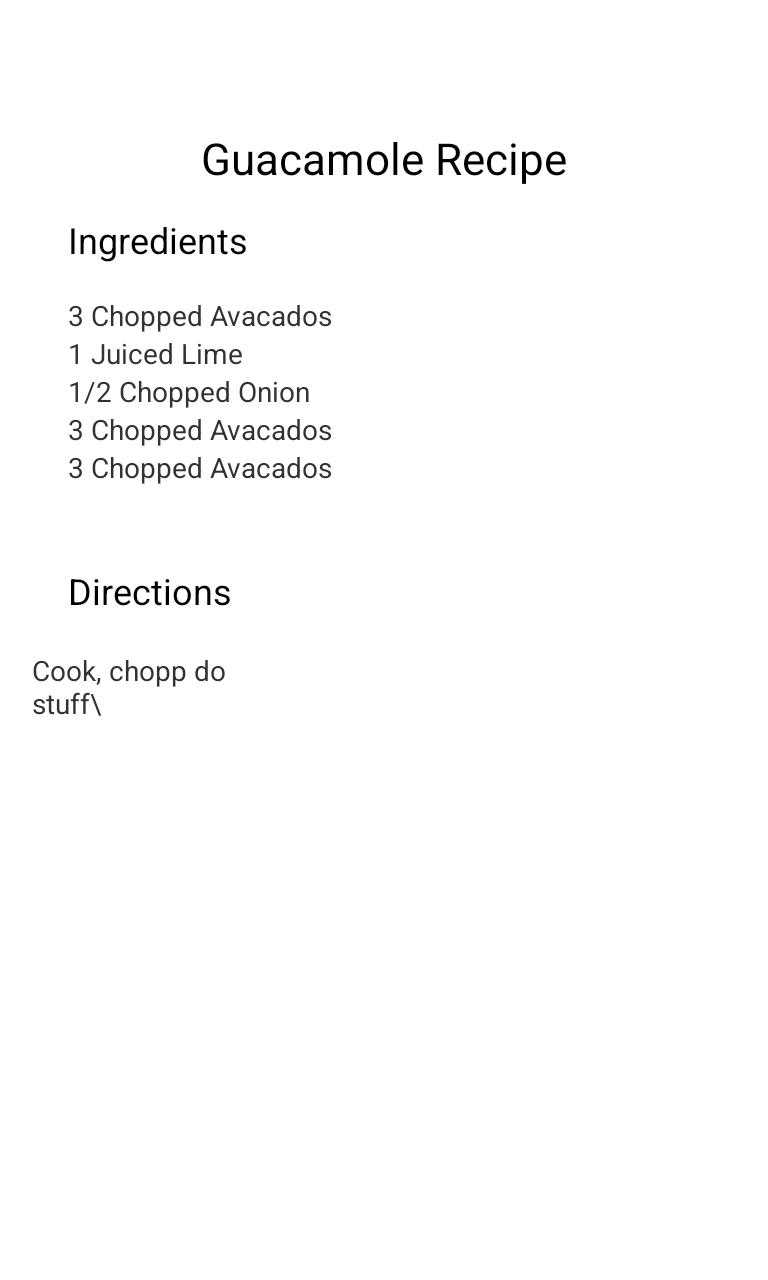
Repository: Gafficus/Delta-Winter-2015
Layout: CST-185-Android_App/HealthyRecipes/res/layout/recipe.xml
These files come from the project's save history. The layout is drawn as it stood at one moment and after the next save; the edit follows.
It is drawn on a 768 x 1280 px phone screen (xhdpi) without system bars, with theme AppTheme; the app's code is not run.

Above is the layout before, as saved 2015-01-22 16:28:36.

### CST-185-Android_App/HealthyRecipes/res/layout/recipe.xml
<RelativeLayout xmlns:android="http://schemas.android.com/apk/res/android"
    xmlns:tools="http://schemas.android.com/tools"
    android:layout_width="match_parent"
    android:layout_height="match_parent"
    android:paddingBottom="@dimen/activity_vertical_margin"
    android:paddingLeft="@dimen/activity_horizontal_margin"
    android:paddingRight="@dimen/activity_horizontal_margin"
    android:paddingTop="@dimen/activity_vertical_margin"
    tools:context="com.example.healthyrecipes.r" >

    <TextView
        android:id="@+id/textView1"
        android:layout_width="wrap_content"
        android:layout_height="wrap_content"
        android:layout_alignParentTop="true"
        android:layout_centerHorizontal="true"
        android:layout_marginTop="48dp"
        android:text="Guacamole Recipe"
        android:textAppearance="?android:attr/textAppearanceLarge" />

    <TextView
        android:id="@+id/textView2"
        android:layout_width="wrap_content"
        android:layout_height="wrap_content"
        android:layout_alignParentLeft="true"
        android:layout_below="@+id/textView1"
        android:layout_marginLeft="18dp"
        android:layout_marginTop="14dp"
        android:text="Ingredients"
        android:textAppearance="?android:attr/textAppearanceMedium" />

    <TextView
        android:id="@+id/textView3"
        android:layout_width="wrap_content"
        android:layout_height="wrap_content"
        android:layout_alignLeft="@+id/textView2"
        android:layout_below="@+id/textView2"
        android:layout_marginTop="16dp"
        android:text="3 Chopped Avacados"
        android:textAppearance="?android:attr/textAppearanceSmall" />

    <TextView
        android:id="@+id/TextView01"
        android:layout_width="wrap_content"
        android:layout_height="wrap_content"
        android:layout_alignLeft="@+id/textView3"
        android:layout_below="@+id/textView3"
        android:text="1 Juiced Lime"
        android:textAppearance="?android:attr/textAppearanceSmall" />

    <TextView
        android:id="@+id/TextView02"
        android:layout_width="wrap_content"
        android:layout_height="wrap_content"
        android:layout_alignLeft="@+id/TextView01"
        android:layout_below="@+id/TextView01"
        android:text="1/2 Chopped Onion"
        android:textAppearance="?android:attr/textAppearanceSmall" />

    <TextView
        android:id="@+id/TextView03"
        android:layout_width="wrap_content"
        android:layout_height="wrap_content"
        android:layout_alignLeft="@+id/TextView02"
        android:layout_below="@+id/TextView02"
        android:text="3 Chopped Avacados"
        android:textAppearance="?android:attr/textAppearanceSmall" />

    <TextView
        android:id="@+id/TextView05"
        android:layout_width="wrap_content"
        android:layout_height="wrap_content"
        android:layout_alignLeft="@+id/TextView04"
        android:layout_below="@+id/TextView04"
        android:layout_marginTop="40dp"
        android:text="Directions"
        android:textAppearance="?android:attr/textAppearanceMedium" />

    <TextView
        android:id="@+id/TextView04"
        android:layout_width="wrap_content"
        android:layout_height="wrap_content"
        android:layout_alignLeft="@+id/TextView03"
        android:layout_below="@+id/TextView03"
        android:text="3 Chopped Avacados"
        android:textAppearance="?android:attr/textAppearanceSmall" />

    <TextView
        android:id="@+id/textView4"
        android:layout_width="wrap_content"
        android:layout_height="wrap_content"
        android:layout_alignRight="@+id/textView2"
        android:layout_below="@+id/TextView05"
        android:layout_marginTop="18dp"
        android:text="Cook, chopp do stuff\"
        android:textAppearance="?android:attr/textAppearanceSmall" />

</RelativeLayout>

Loaded but not shown: CST-185-Android_App/HealthyRecipes/res/values/styles.xml (common file); CST-185-Android_App/HealthyRecipes/res/values-v11/styles.xml (common file); CST-185-Android_App/HealthyRecipes/res/values-v14/styles.xml (common file); CST-185-Android_App/HealthyRecipes/res/values/dimens.xml (common file); CST-185-Android_App/HealthyRecipes/res/values-w820dp/dimens.xml (common file)

After the next save:
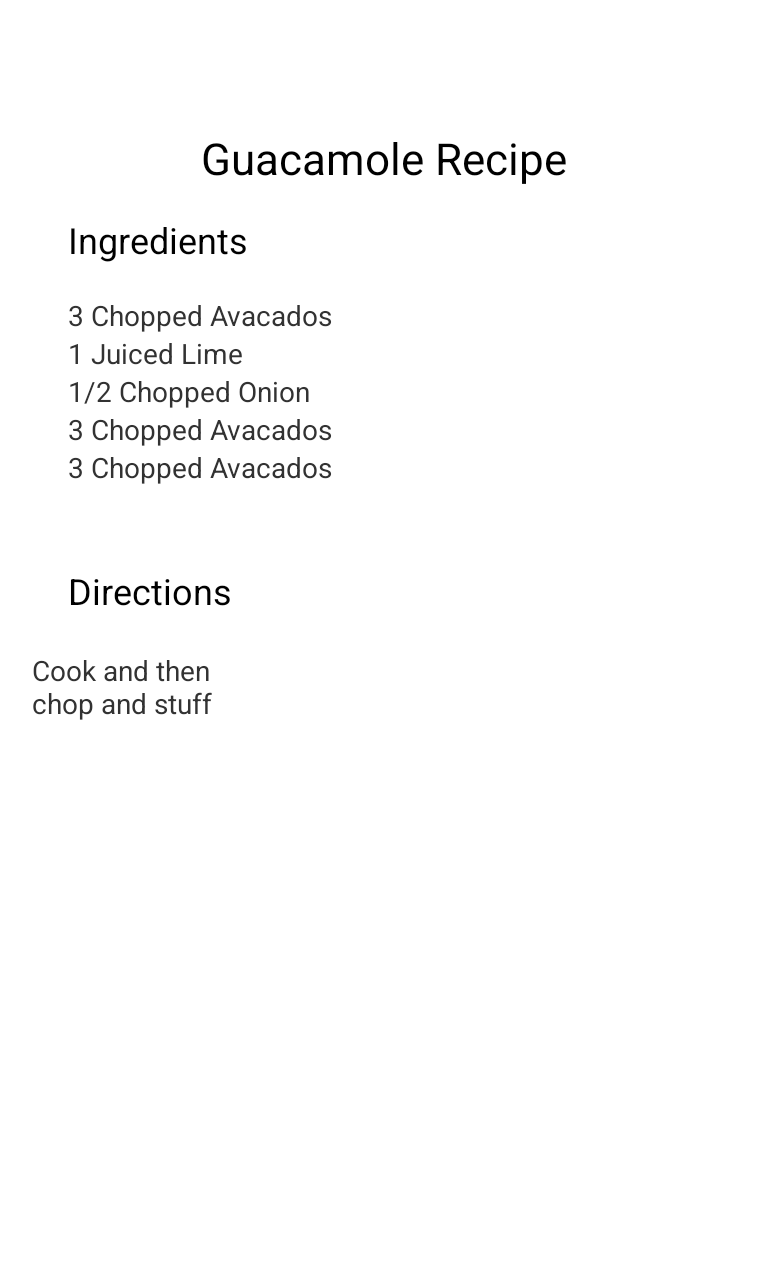
Saved 13 min 43 s later.
--- a/CST-185-Android_App/HealthyRecipes/res/layout/recipe.xml
+++ b/CST-185-Android_App/HealthyRecipes/res/layout/recipe.xml
@@ -92,7 +92,7 @@
         android:layout_alignRight="@+id/textView2"
         android:layout_below="@+id/TextView05"
         android:layout_marginTop="18dp"
-        android:text="Cook, chopp do stuff\"
+        android:text="Cook and then chop and stuff"
         android:textAppearance="?android:attr/textAppearanceSmall" />
 
 </RelativeLayout>
